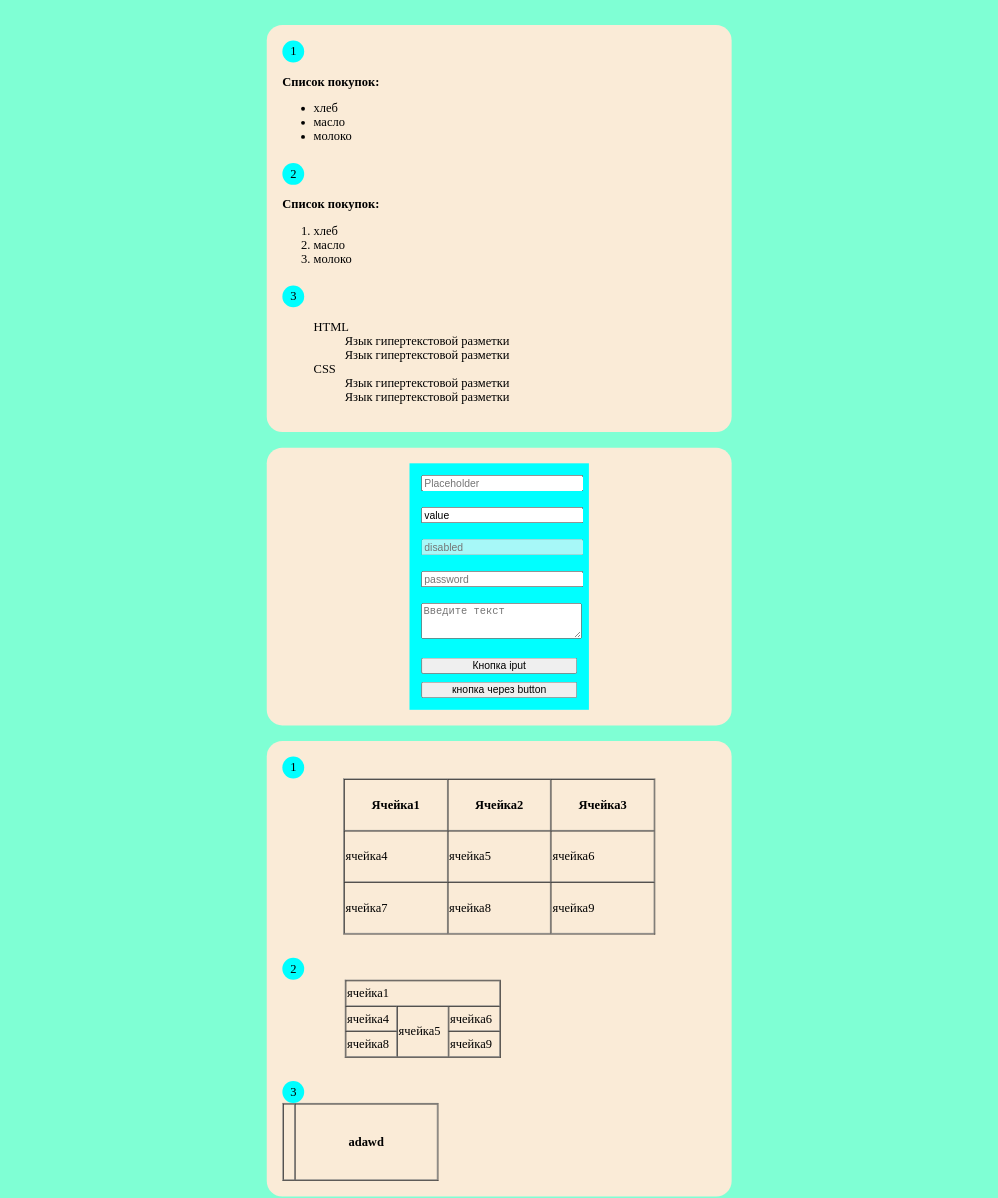
Repository: Savich01/-
Page: html/index.html
An editor plug-in stored every save of this project. The page is shown before and after the next save, followed by the edit.
The browser window is 1280 px wide. The pictures show the whole page, at 78% of full size.

Above is the page before, as saved 2024-05-31 17:02:29.

### html/index.html
<!DOCTYPE html>
<html lang="en">
<head>
    <meta charset="UTF-8">
    <meta name="viewport" content="width=device-width, initial-scale=1.0">
    <title>Document</title>
    <link rel="stylesheet" href="/css/style.css">
</head>
<body>

    <header class="header">

    </header>
    <main class="main">
        <div class="container">
            <section class="section-1">
                <div class="block">1</div>
                <p class="text">
                    <b>Список покупок:</b>
                </p>
                <ul class="list">
                    <li>хлеб</li>
                    <li>масло</li>
                    <li>молоко</li>
                </ul>

                <div class="block">2</div>
                <p class="text">
                    <b>Список покупок:</b>
                </p>
                <ol class="list">
                    <li>хлеб</li>
                    <li>масло</li>
                    <li>молоко</li>
                </ol>

                <div class="block">3</div>
                <ul class="main-list--item">
                    <li>HTML
                        <ul>
                            <li class="main-link">Язык гипертекстовой разметки</li>
                            <li class="main-link">Язык гипертекстовой разметки</li>
                        </ul>
                    </li>
                    <li>CSS
                        <ul>
                            <li class="main-link">Язык гипертекстовой разметки</li>
                            <li class="main-link">Язык гипертекстовой разметки</li>
                        </ul>
                    </li>
                </ul>
            </section>

            <section class="section-2">
                <form action="#" class="form">
                    <input class="input" type="text" placeholder="Placeholder">
                    <input class="input" type="text" value="value">
                    <input class="input" type="text" disabled="disabled" placeholder="disabled">
                    <input class="input" type="password" placeholder="password">
                    <textarea class="textarea" placeholder="Введите текст"></textarea>
                    <input class="input-btn" type="button" value="Кнопка iput">
                    <button class="button">кнопка через button</button>
                </form>
            </section>

            <section class="section-3">
                <div class="block">1</div>
                <table class="table" width=400 height=200 border=1 cellpedding=0 cellspacing=0>
                    <tr>
                        <th>Ячейка1</th>
                        <th>Ячейка2</th>
                        <th>Ячейка3</th>
                    </tr>

                    <tr>
                        <td>ячейка4</td>
                        <td>ячейка5</td>
                        <td>ячейка6</td>
                    </tr>
                    <tr>
                        <td>ячейка7</td>
                        <td>ячейка8</td>
                        <td>ячейка9</td>
                    </tr>
                </table>

                <div class="block">2</div>
                <table class="table2" width=200 height=100  border="1" cellpedding=0 cellspacing=0>
                    <tr>
                        <td colspan="3">ячейка1</td>
                        <!-- <td>ячейка2</td> -->
                        <!-- <td>ячейка3</td> -->
                    </tr>
                    <tr>
                        <td>ячейка4</td>
                        <td rowspan="2">ячейка5</td>
                        <td>ячейка6</td>
                    </tr>
                    <tr>
                        <!-- <td>ячейка7</td> -->
                        <td>ячейка8</td>
                        <td>ячейка9</td>
                    </tr>
                </table>

                <div class="block">3</div>
                <table class="table3" width=200 height=100  border="1" cellpedding=0 cellspacing=0>
                    <td>
                        <th>adawd</th>
                    </td>
                </table>
            </section>
        </div>
    </main>
    <footer class="footer">

    </footer>

</body>
</html>

### css/style.css
body{
    max-width: 600px;
    height: 100%;
    margin: 0 auto;
    background-color: aquamarine;
    padding: 0px 10px;
}

.container{
    padding: 2px;
    margin-top: 30px;
}
/* ==========SECTION-1========================== */
.section-1{
    padding: 20px;
    background-color: antiquewhite;
    border-radius: 20px;
    margin-bottom: 20px;
}

.block{
    background-color:aqua;
    display: inline-block;
    padding: 5px 10px;
    border-radius: 100%;
}

.list{
    margin-bottom: 25px;
}
.main-list--item{
    list-style: none;
    /* text-decoration: none; */
}

.main-link{
    list-style: none;
}

/* ==========SECTION-2========================== */

.section-2{
    background-color: antiquewhite;
    border-radius: 20px;
    padding: 20px;
    margin-bottom: 20px;
}

.form{
    margin: 0 auto;
    max-width: 200px;
    padding: 15px;
    background-color: aqua;
}
.input{
    margin: 0 auto;
    width: 100%;
    margin-bottom: 20px;
}
.textarea{
    width: 100%;
    height: 40px;
    margin-bottom: 20px;
}

.input-btn{
    display: block;
    width: 100%;
    margin-bottom: 10px;
    cursor: pointer;
}
.button{
    display: block;
    width: 100%;
    cursor: pointer;
}

/* ==========SECTION-3========================== */

.section-3{
    background-color: antiquewhite;
    border-radius: 20px;
    padding: 20px;
}

.table{
    margin: 0 auto;
    margin-bottom: 30px;
}
.table2{
    margin-left: 80px;
    margin-bottom: 30px;
}

After the next save:
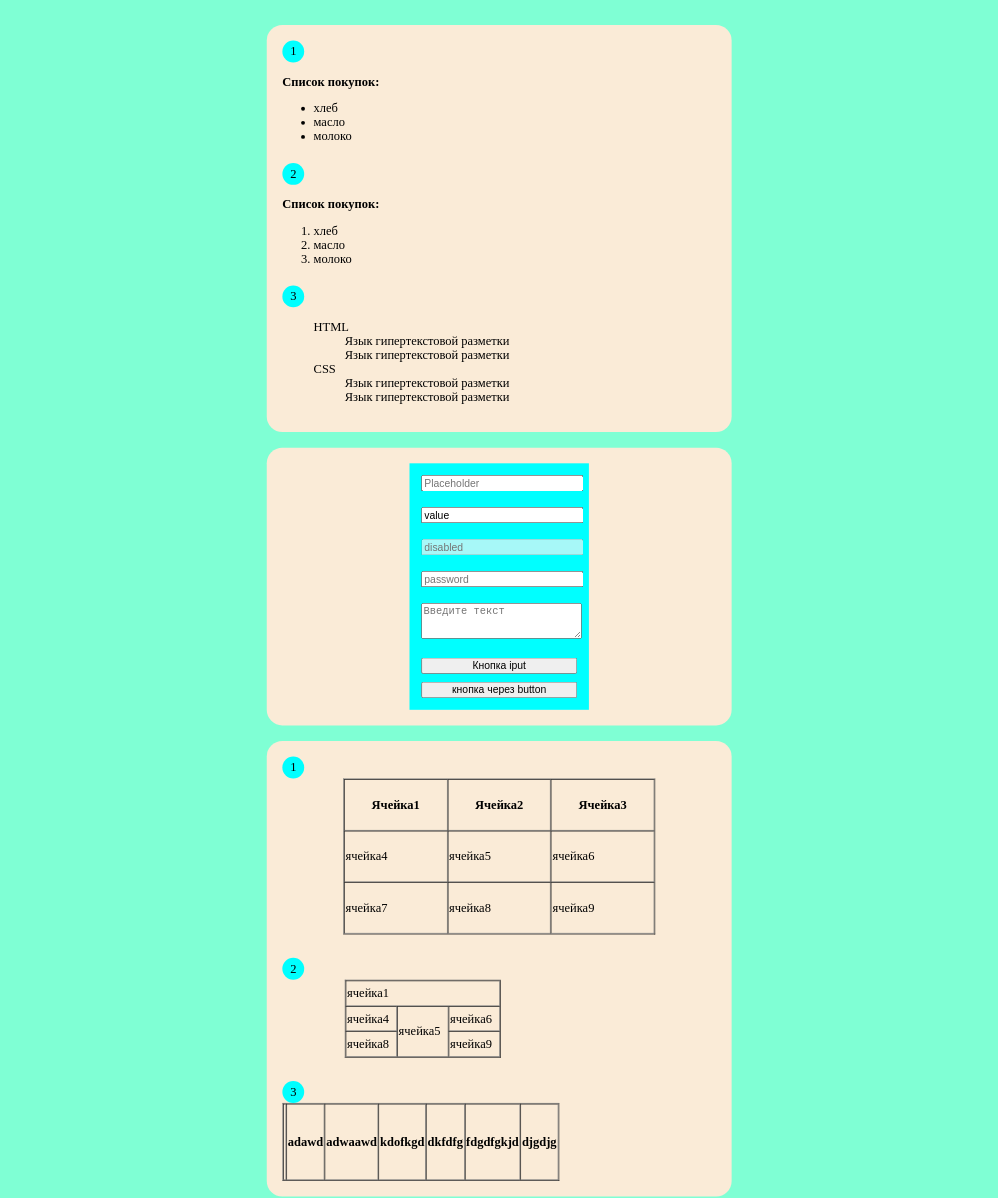
Saved 28 s later.
--- a/html/index.html
+++ b/html/index.html
@@ -107,6 +107,11 @@
                 <table class="table3" width=200 height=100  border="1" cellpedding=0 cellspacing=0>
                     <td>
                         <th>adawd</th>
+                        <th>adwaawd</th>
+                        <th>kdofkgd</th>
+                        <th>dkfdfg</th>
+                        <th>fdgdfgkjd</th>
+                        <th>djgdjg</th>
                     </td>
                 </table>
             </section>
